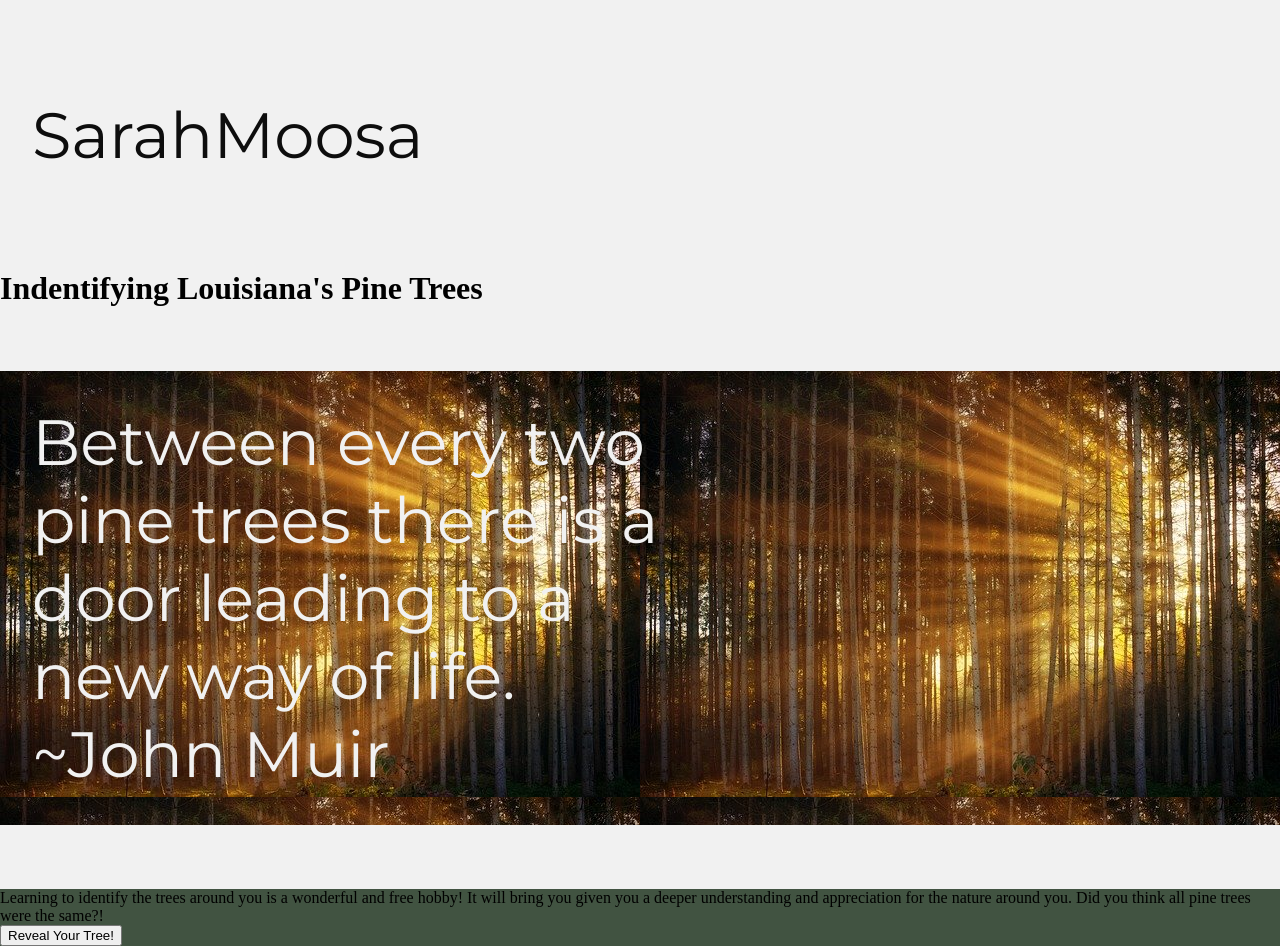
Repository: Sbethm/louisianaPineTrees
Page: pine_main.html
These files come from the project's save history. The page is drawn as it stood at one moment and after a run of saves; the edit follows.
The browser window is 1280 px wide. The pictures show the whole page.
The style sheet was rebuilt from its Sass, Less or Tailwind sources for each picture, by a compiler version that may differ from the author's.

Above is the page before, as saved 2021-09-16 11:33:07.

### pine_main.html
<!DOCTYPE html>
<html lang="en">
<head>
    <meta charset="UTF-8">
    <meta http-equiv="X-UA-Compatible" content="IE=edge">
    <meta name="viewport" content="width=device-width, initial-scale=1.0">
    <link rel="preconnect" href="https://fonts.googleapis.com">
    <link rel="preconnect" href="https://fonts.gstatic.com" crossorigin>
    <link href="https://fonts.googleapis.com/css2?family=Architects+Daughter&family=Montserrat:ital,wght@0,400;0,500;0,700;1,400;1,500;1,700&display=swap" rel="stylesheet">
    <!--
        headerFont: 'Architects Daughter', cursive;
        mainFont: 'Montserrat', sans-serif;
    -->
    <link rel="stylesheet" href="./CSS/main.css">
    <title>Louisiana Pine Trees</title>
</head>
<body>
    <header>
        <p>SarahMoosa</p>
    </header>
    <main>
        <h1>Indentifying Louisiana's Pine Trees</h1>
        <div class="intro-container container">
            <p class="float-right quote">Between every two pine trees there is a door leading to a new way of life. ~John Muir</p>
        </div>
        <div class="questions-container container">
            <div class="bg-image call-to-action">Learning to identify the trees around you is a wonderful and free hobby! It will bring you given you a deeper understanding and appreciation for the nature around you. Did you think all pine trees were the same?!</div>
            <section class="question-block">
                <div class="question"></div>
            </section>
            <section class="question-block">
                <div class="question"></div>
            </section>
            <section class="question-block">
                <div class="question"></div>
            </section>
            <section class="question-block">
                <div class="question"></div>
            </section>
            <section class="question-block">
                <div class="question"></div>
            </section>
            <div class="results-btn btn">
                <button>Reveal Your Tree!</button>
            </div>
            <div class="results"></div>
        </div>
    </main>
</body>

### src/scss/main.scss
@import "./variables";


//GLOBAL STYLES
body {
    margin: 0;
    background-color: #f1f1f1;
}

h1
h2 {
    font-family: $headerFont;
}

p {
    font-family: $mainFont;
    font-size: clamp(1rem, 5vw, 4rem);
    color: $acColorDr;
    padding: 2rem;
}

.container {
    background-color: $mainColor;
}

.intro-container {
    background-image: url(../img/forest-pine.jpg);
    border-image-repeat: no-repeat;
}

.quote {
    width: 50%;
    color: #f1f1f1;
}
//This code was used to cause grid items to over lap. It worked very well, but I think it is unnecessary and bulkier code than I need for the result that I want.
// .intro-container {
//     display: grid;
//     grid-template-columns: 50% 50%;
//     grid-auto-rows: 100%;

//     & img {
//         grid-column: 1/3;
//         grid-row: 1;
//         display: inline;
//         max-width: 100%;
//         z-index: 1;
//     }

//     & .quote {
//         grid-column: 2/3;
//         grid-row: 1;
//         align-self: center;
//         z-index: 9;
//     }
// }

### src/scss/_variables.scss
//COLORS
$mainColor: hsl(120, 12%, 29%);
$acColorLi: hsl(0, 0%, 29%);
$acColorDr: hsl(0, 0%, 5%);

//FONTS
$headerFont: 'Architects Daughter', cursive;
$mainFont: 'Montserrat', sans-serif;

After the next 3 saves:
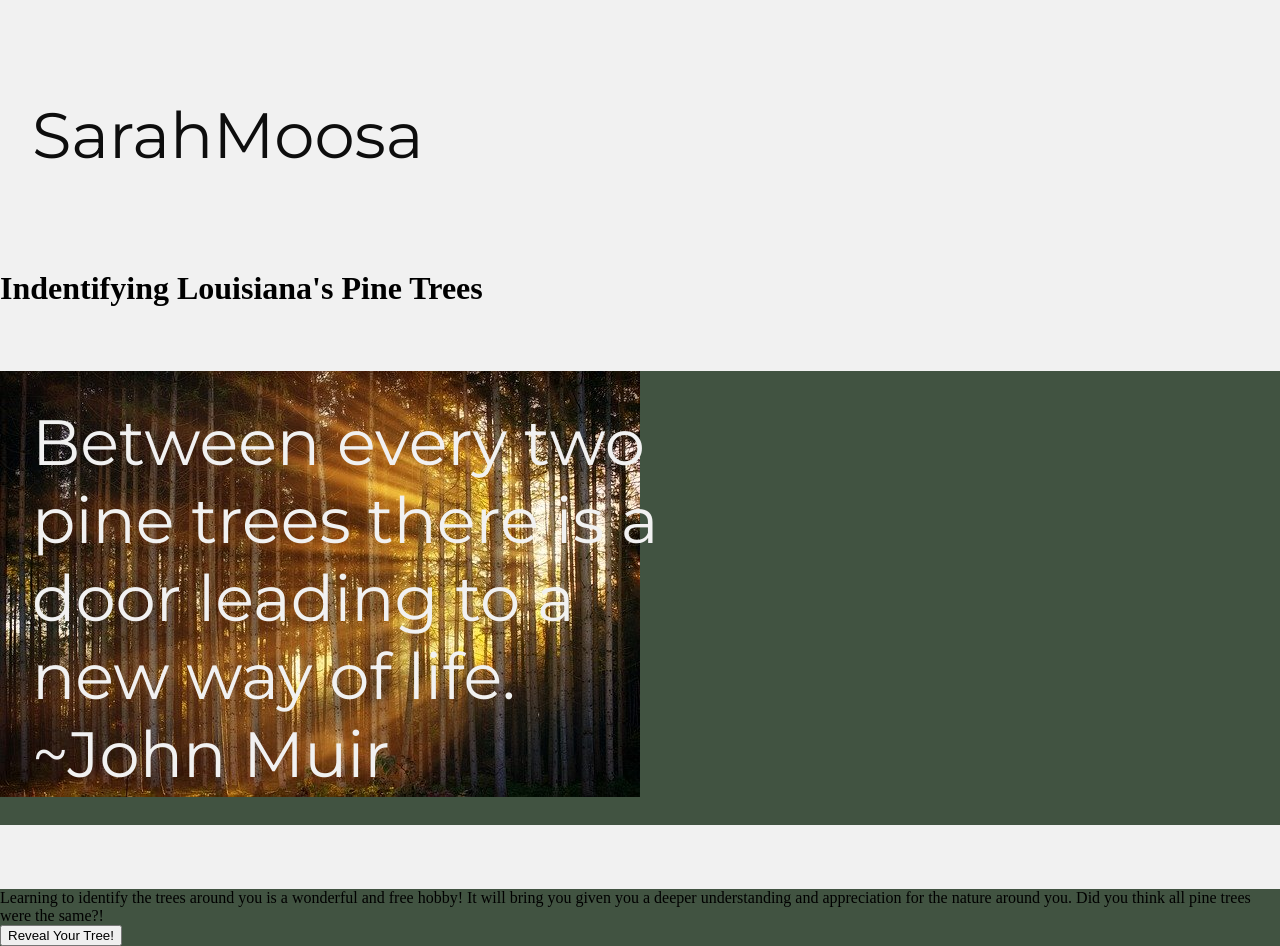
The 3 saves are shown as one change because 1 did not build or start and some came seconds apart.
The last was saved 20 s later.
--- a/src/scss/main.scss
+++ b/src/scss/main.scss
@@ -25,7 +25,7 @@ p {
 
 .intro-container {
     background-image: url(../img/forest-pine.jpg);
-    border-image-repeat: no-repeat;
+    background-repeat: no-repeat;
 }
 
 .quote {
